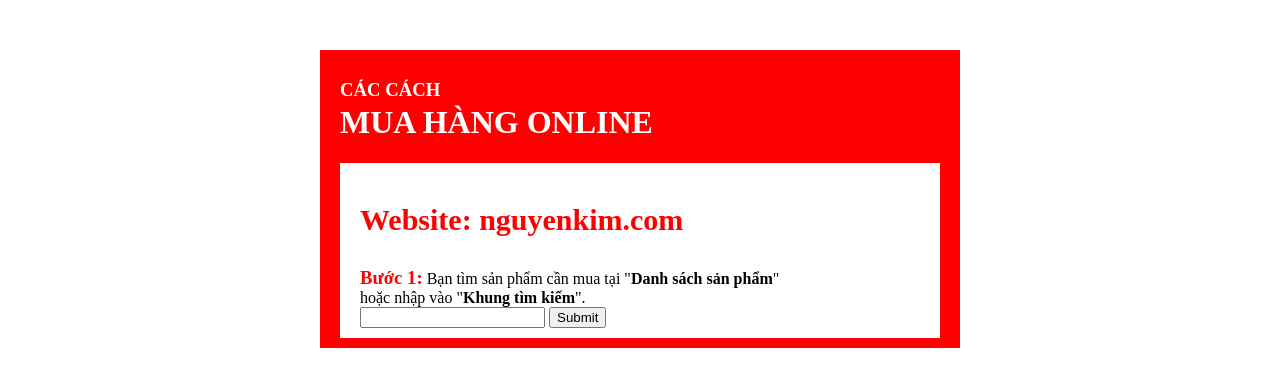
Repository: Tan-Khang21/TH_TKW--Buoi_01
Page: Buoi_01/BT_tren_lop/BT_06/main.html
An editor plug-in stored every save of this project. The page is shown before and after the next save, followed by the edit.
The browser window is 1280 px wide. The pictures show the whole page.

Above is the page before, as saved 2024-01-23 16:28:24.

After the next save:
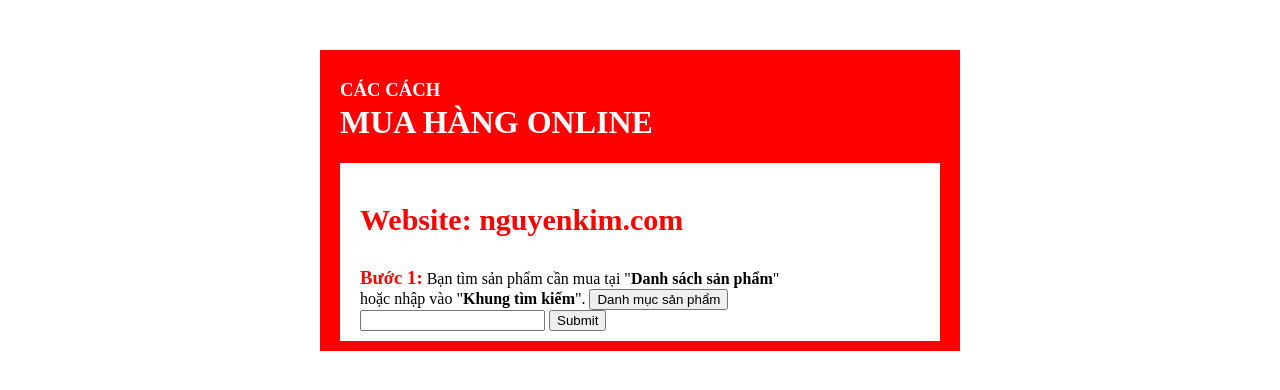
Saved 40 s later.
--- a/Buoi_01/BT_tren_lop/BT_06/main.html
+++ b/Buoi_01/BT_tren_lop/BT_06/main.html
@@ -15,6 +15,7 @@
 
             <h3 style="display: inline;">Bước 1:</h3>
             <span>Bạn tìm sản phẩm cần mua tại "<b>Danh sách sản phẩm</b>"<br> hoặc nhập vào "<b>Khung tìm kiếm</b>".</span>
+           <button>Danh mục sản phẩm</button>
             <form>
               <input type="text" />
               <input type="submit" name="find" />
